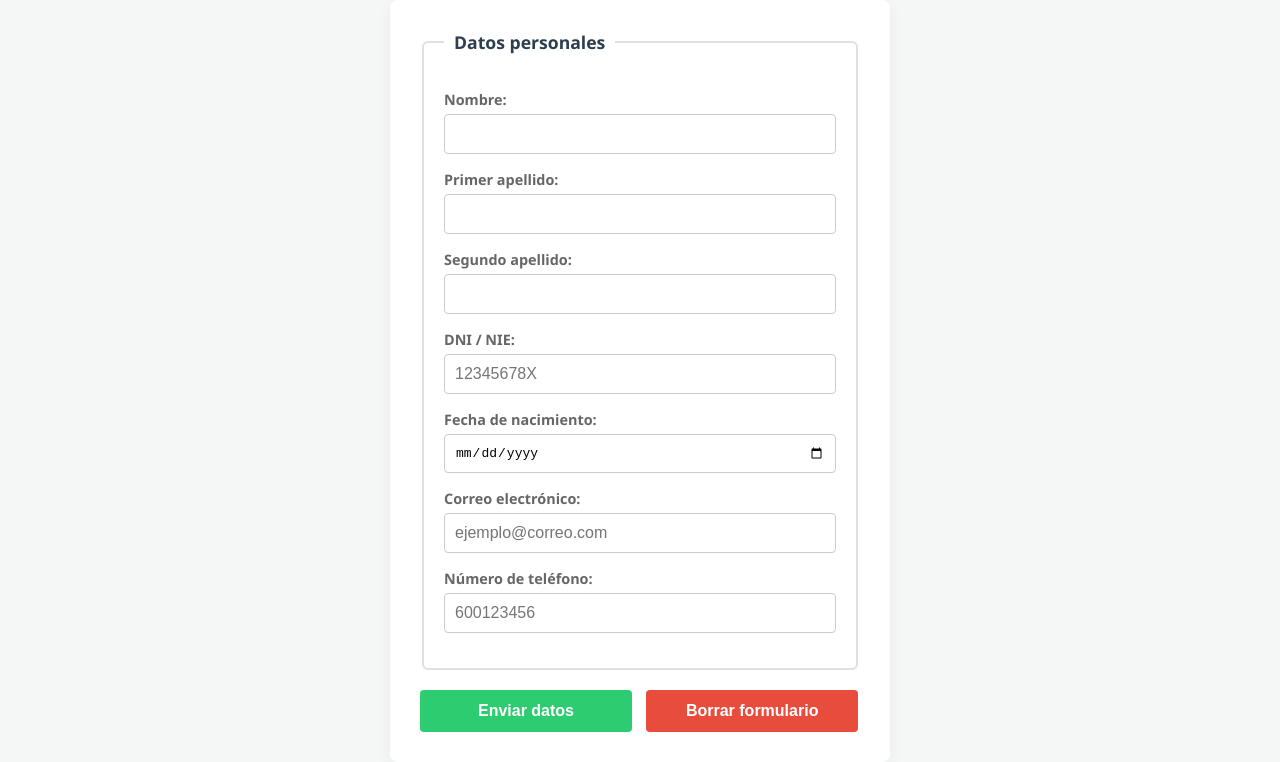
Repository: Daniel-gc271/Acceso-a-datos
Page: webapp-example/src/main/webapp/Ej5-post.html
An editor plug-in stored every save of this project. The page is shown before and after the next save, followed by the edit.
The browser window is 1280 px wide. The pictures show the whole page.

Above is the page before, as saved 2026-10-05 10:08:20.

### webapp-example/src/main/webapp/Ej5-post.html
<!DOCTYPE html>
<html>
<head>
<meta charset="UTF-8">
<title>Insert title here</title>
<link rel="stylesheet" href="estilos.css">
</head>
<body>
	<form action="Ej5Post_ejemplo" method="post">
	<fieldset>
		<legend>Datos personales</legend>

		<!-- Nombre -->
		<p>
			<label for="nombre">Nombre:</label>
			<input type="text" name="nombre" id="nombre" required>
		</p>

		<!-- Apellidos -->
		<p>
			<label for="apellido1">Primer apellido:</label>
			<input type="text" name="apellido1" id="apellido1" required>
		</p>
		<p>
			<label for="apellido2">Segundo apellido:</label>
			<input type="text" name="apellido2" id="apellido2">
		</p>

		<!-- DNI / NIE -->
		<p>
			<label for="dni">DNI / NIE:</label>
			<input type="text" name="dni" id="dni" placeholder="12345678X">
		</p>

		<!-- Fecha de nacimiento -->
		<p>
			<label for="nacimiento">Fecha de nacimiento:</label>
			<input type="date" name="nacimiento" id="nacimiento">
		</p>

		<!-- Correo electrónico -->
		<p>
			<label for="email">Correo electrónico:</label>
			<input type="email" name="email" id="email" placeholder="ejemplo@correo.com">
		</p>

		<!-- Número de teléfono -->
		<p>
			<label for="telefono">Número de teléfono:</label>
			<input type="tel" name="telefono" id="telefono" placeholder="600123456">
		</p>

	</fieldset>

	<!-- Botones de acción -->
	<button type="submit">Enviar datos</button>
	<button type="reset">Borrar formulario</button>
</form>


</body>
</html>

### webapp-example/src/main/webapp/estilos.css
/* Estilos generales */
body {
    font-family: 'Segoe UI', Tahoma, Geneva, Verdana, sans-serif;
    background-color: #f4f7f6;
    color: #333;
    display: flex;
    justify-content: center;
    align-items: center;
    min-height: 100vh;
    margin: 0;
}

/* Contenedor del formulario */
form {
    background-color: #ffffff;
    padding: 30px;
    border-radius: 8px;
    box-shadow: 0 4px 15px rgba(0, 0, 0, 0.05);
    max-width: 500px;
    width: 100%;
    box-sizing: border-box;
}

/* Agrupación por secciones */
fieldset {
    border: 2px solid #e0e0e0;
    border-radius: 6px;
    padding: 20px;
    margin-bottom: 20px;
}

legend {
    font-weight: bold;
    color: #2c3e50;
    padding: 0 10px;
    font-size: 1.1em;
}

/* Filas del formulario */
p {
    margin-bottom: 15px;
    display: flex;
    flex-direction: column;
}

/* Etiquetas */
label {
    margin-bottom: 5px;
    font-size: 0.9em;
    color: #666;
    font-weight: 600;
}

/* Campos de entrada (inputs) */
input[type="text"],
input[type="date"],
input[type="email"],
input[type="tel"] {
    padding: 10px;
    border: 1px solid #ccc;
    border-radius: 4px;
    font-size: 1em;
    outline: none;
    transition: border-color 0.3s ease;
}

input:focus {
    border-color: #3498db;
    box-shadow: 0 0 5px rgba(52, 152, 219, 0.3);
}

/* Botones */
button {
    padding: 12px 20px;
    border: none;
    border-radius: 4px;
    font-size: 1em;
    font-weight: bold;
    cursor: pointer;
    transition: background-color 0.3s ease;
    margin-right: 10px;
    width: calc(50% - 8px);
    display: inline-block;
}

button[type="submit"] {
    background-color: #2ecc71;
    color: white;
}

button[type="submit"]:hover {
    background-color: #27ae60;
}

button[type="reset"] {
    background-color: #e74c3c;
    color: white;
    margin-right: 0;
}

button[type="reset"]:hover {
    background-color: #c0392b;
}

/* Responsive para los botones */
@media (max-width: 480px) {
    button {
        width: 100%;
        margin-bottom: 10px;
        margin-right: 0;
    }
    button[type="reset"] {
        margin-bottom: 0;
    }
}

After the next save:
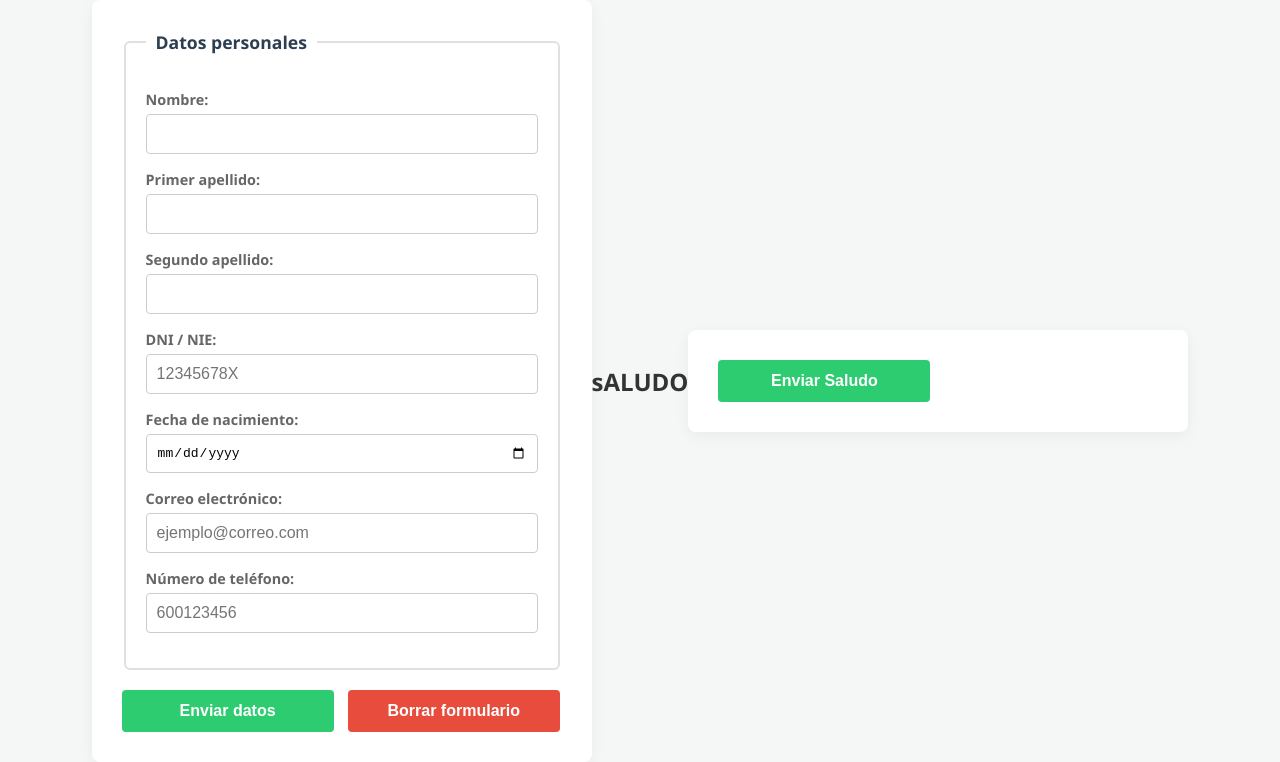
Saved 9 min 5 s later.
--- a/webapp-example/src/main/webapp/Ej5-post.html
+++ b/webapp-example/src/main/webapp/Ej5-post.html
@@ -56,7 +56,13 @@
 	<button type="submit">Enviar datos</button>
 	<button type="reset">Borrar formulario</button>
 </form>
+<h2>sALUDO</h2>
+<form action="Ej5Post_ejemplo" method="get" class="form-get-saludo">
+    <!-- Variable oculta: name es el nombre de la variable, value es su valor -->
+    <input type="hidden" name="saludo" value="hola">
 
+    <button type="submit" class="btn-saludo">Enviar Saludo</button>
+</form>
 
 </body>
 </html>
